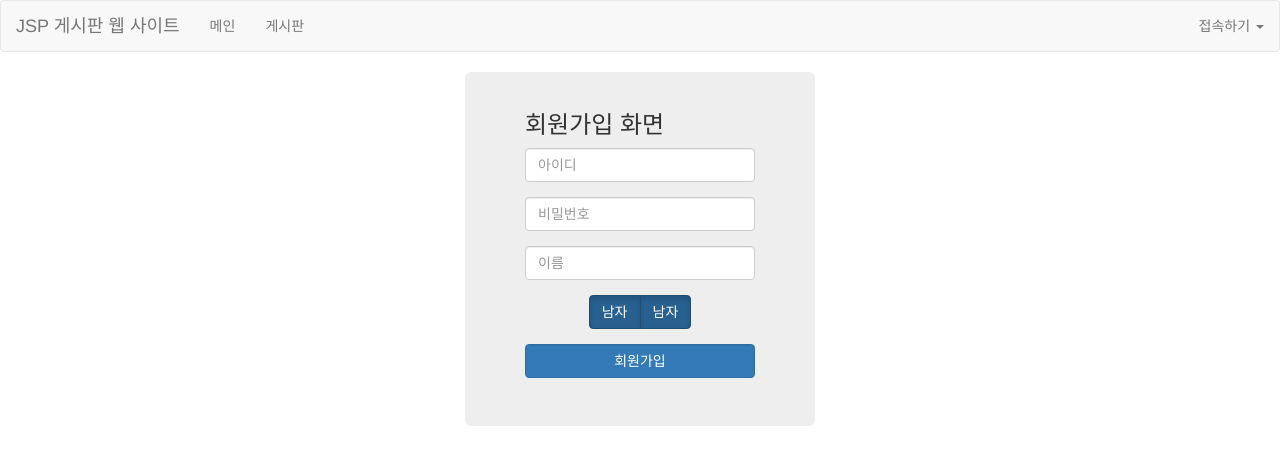
Repository: TheChok/BbsClone
Page: http://localhost/BBS/join.jsp
An editor plug-in stored every save of this project. The page is shown before and after the next save, followed by the edit.
The browser window is 1280 px wide. The pictures show the whole page.
Some web libraries are served in a nearby version. The page is served by Tomcat 9.

Above is the page before, as saved 2023-09-21 07:33:18.

After the next save:
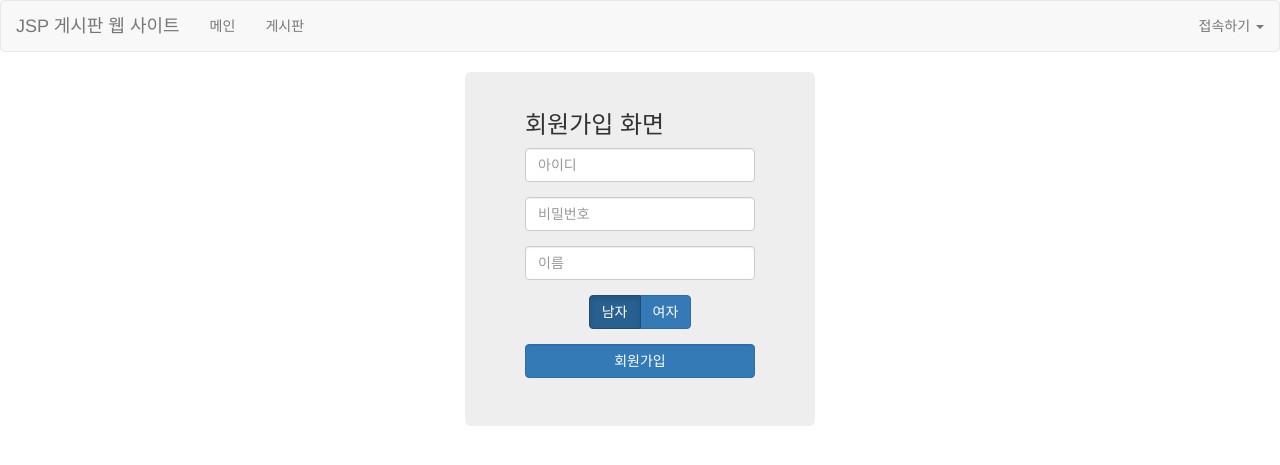
Saved 13 s later.
--- a/BBS/src/main/webapp/join.jsp
+++ b/BBS/src/main/webapp/join.jsp
@@ -71,8 +71,8 @@
 							<label class="btn btn-primary active">
 								<input type="radio" name="userGender" autocomplete="off" value="남자" checked />남자
 							</label>
-							<label class="btn btn-primary active">
-								<input type="radio" name="userGender" autocomplete="off" value="남자" checked />남자
+							<label class="btn btn-primary">
+								<input type="radio" name="userGender" autocomplete="off" value="여자" checked />여자
 							</label>
 						</div>
 					</div>
